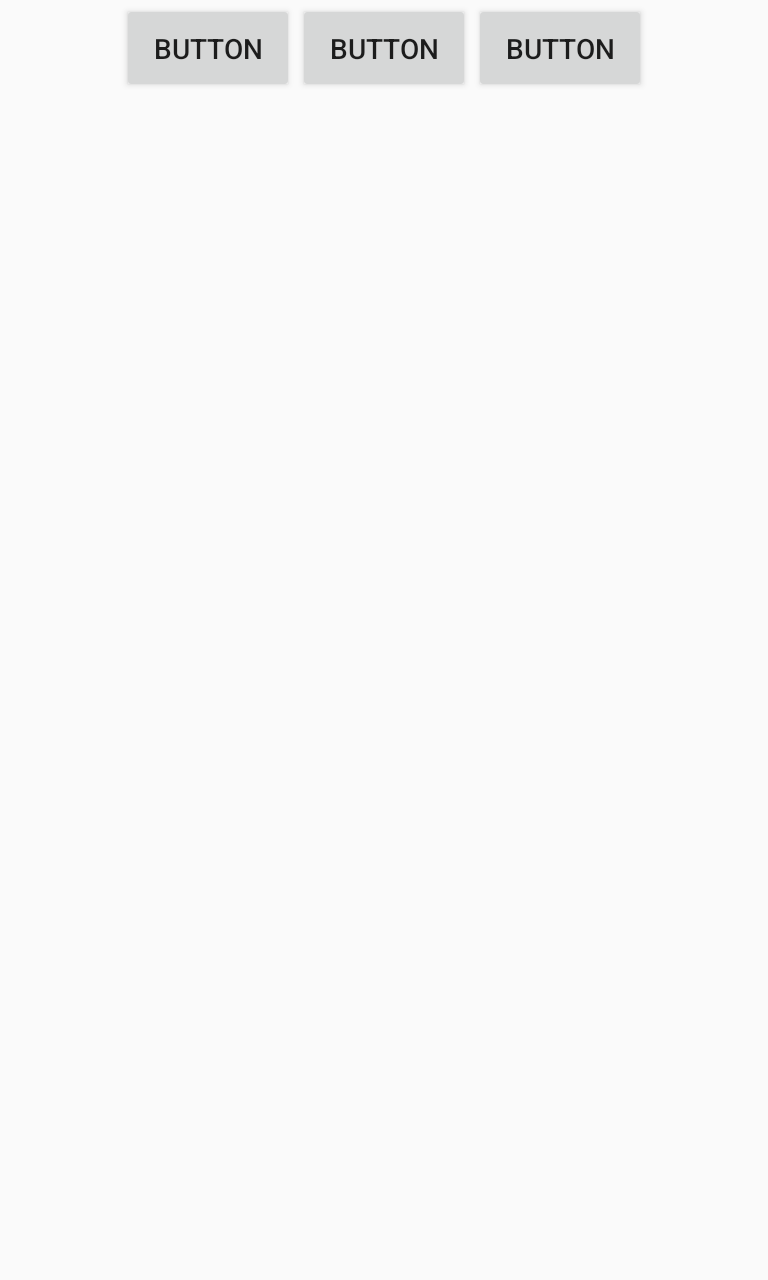
Repository: MarcSelles/BeatYourBucketAndroid
Layout: The_app/BeatYourBucket/res/layout/fragment_lists.xml
The author's editor kept a copy of each file at every save. The layout is drawn from the files as they stood at one save, then again after the next save.
It is drawn on a 768 x 1280 px phone screen (xhdpi) without system bars, with theme AppTheme; the app's code is not run.

Above is the layout before, as saved 2015-01-20 14:30:38.

After the next save:
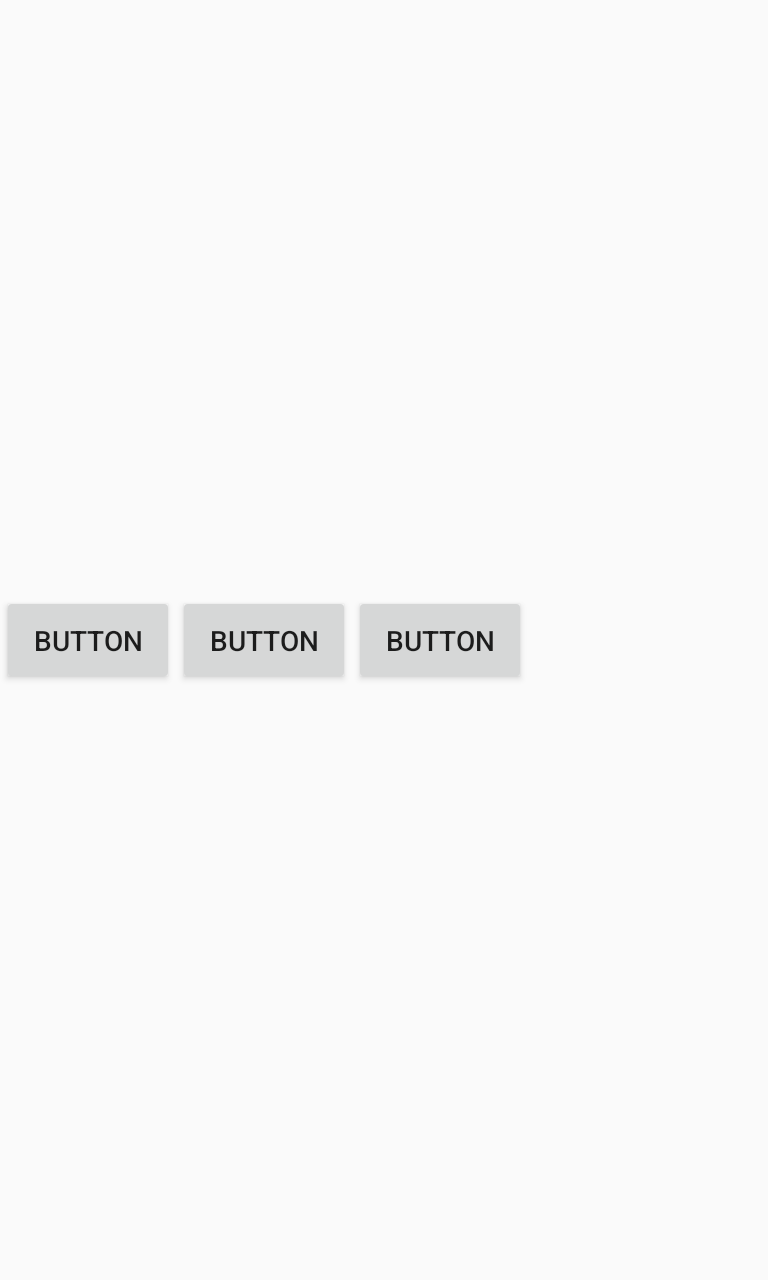
Saved 48 s later.
--- a/The_app/BeatYourBucket/res/layout/fragment_lists.xml
+++ b/The_app/BeatYourBucket/res/layout/fragment_lists.xml
@@ -7,9 +7,8 @@
         android:id="@+id/tab_upper"
         android:layout_width="match_parent"
         android:layout_height="wrap_content"
-
+        android:layout_above="@+id/tabcontent2"
         android:layout_alignParentTop="true"
-        android:gravity="top|center"
         android:orientation="horizontal" >
 
 	    <Button
